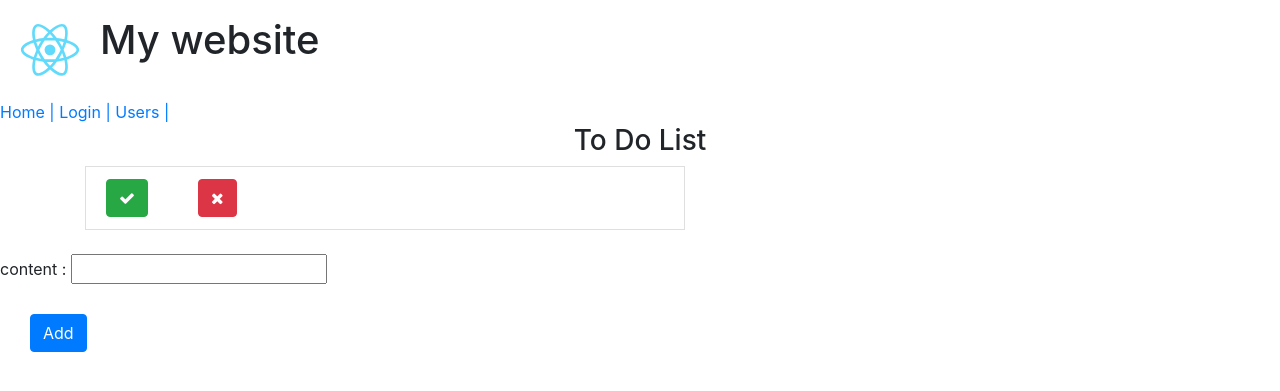
Repository: Marwa-Medhat/ReactJS-Labs
Page: / (app in myapp/), after clicking the first element matching `button.btn`
These files come from the project's save history. The page is drawn as it stood at one moment and after the next save; the edit follows.
The browser window is 1280 px wide. The pictures show the whole page.
The project was rebuilt for these pictures with package versions that can differ from the ones it lists, and the page was loaded fresh each time.

Above is the page before, as saved 2021-04-28 21:04:56.

After the next save:
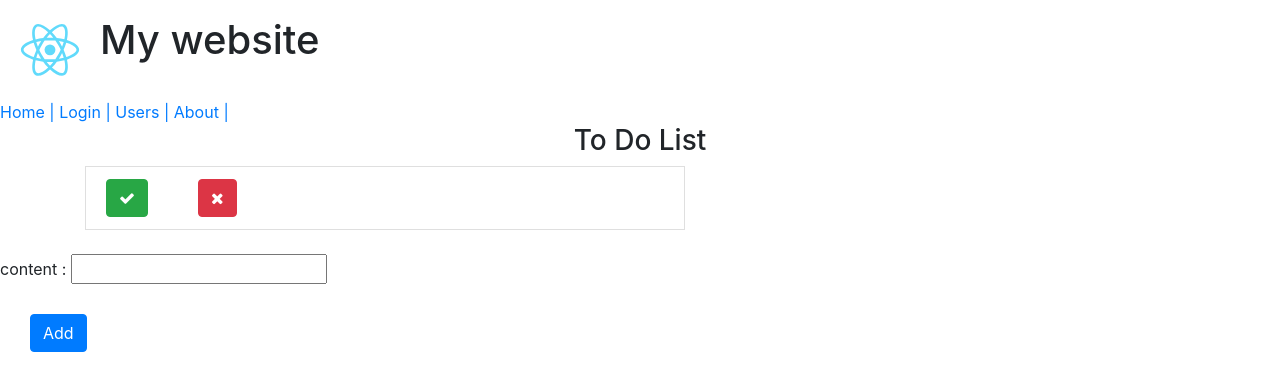
Saved 3 min 43 s later.
--- a/myapp/src/main.js
+++ b/myapp/src/main.js
@@ -29,6 +29,10 @@ class App extends React.Component{
             {
                 text:"Users",
                 link:"/users"
+            },
+            {
+                text:"About",
+                link:"/about"
             },
 
         ]
